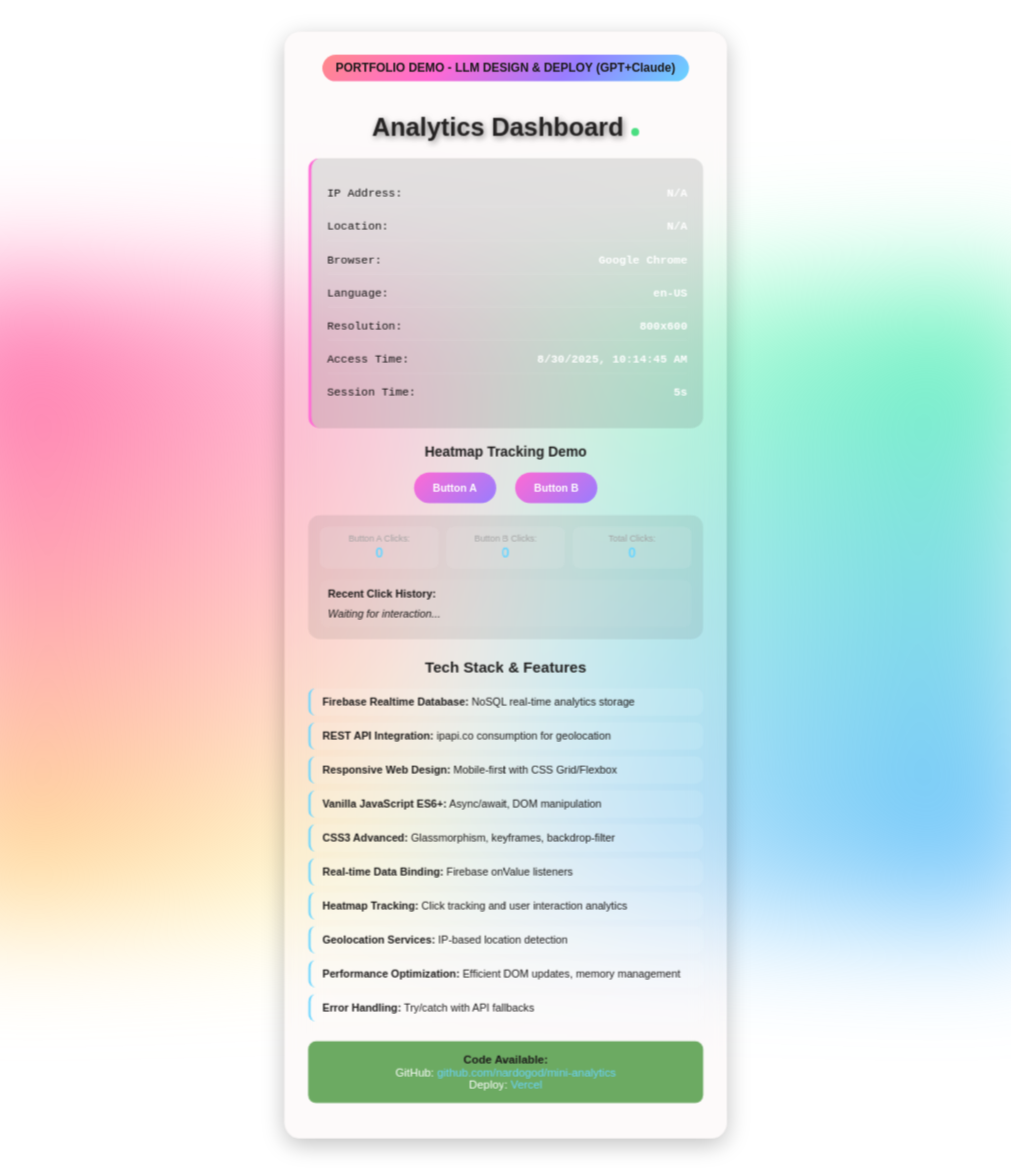
Repository: nardogod/mini-analytics
Page: mini.html
These files come from the project's save history. The page is drawn as it stood at one moment and after the next save; the edit follows.
The browser window is 1280 px wide. The pictures show the whole page, at 79% of full size.
The page's requests for data from a server got no answer.

Above is the page before, as saved 2025-08-30 11:30:10.

After the next save:
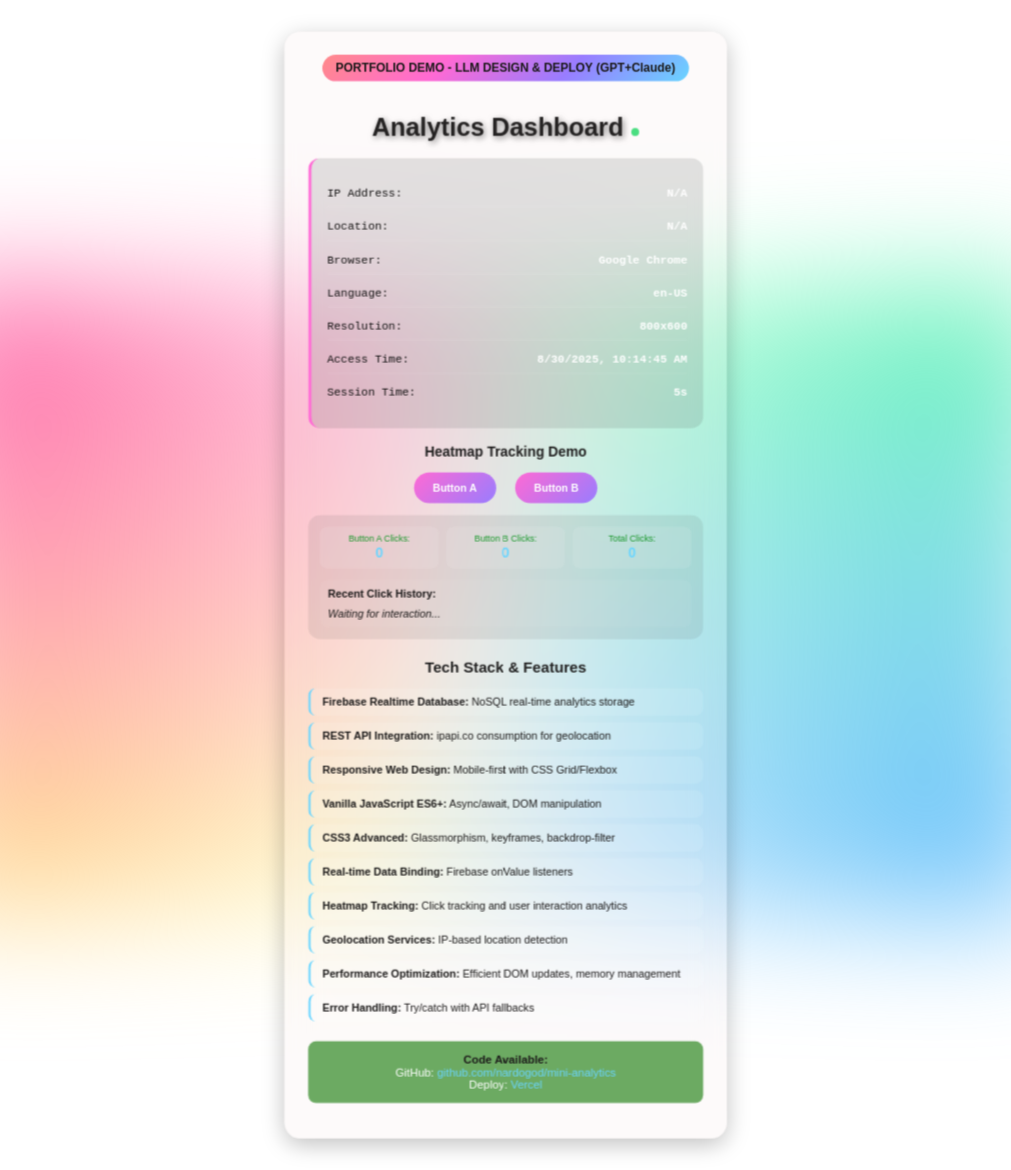
Saved 109 s later.
--- a/mini.html
+++ b/mini.html
@@ -224,7 +224,7 @@
       .counter-label {
         display: block;
         font-size: 0.7rem;
-        color: #a0a0a0;
+        color: #189629;
         margin-bottom: 3px;
       }
 
